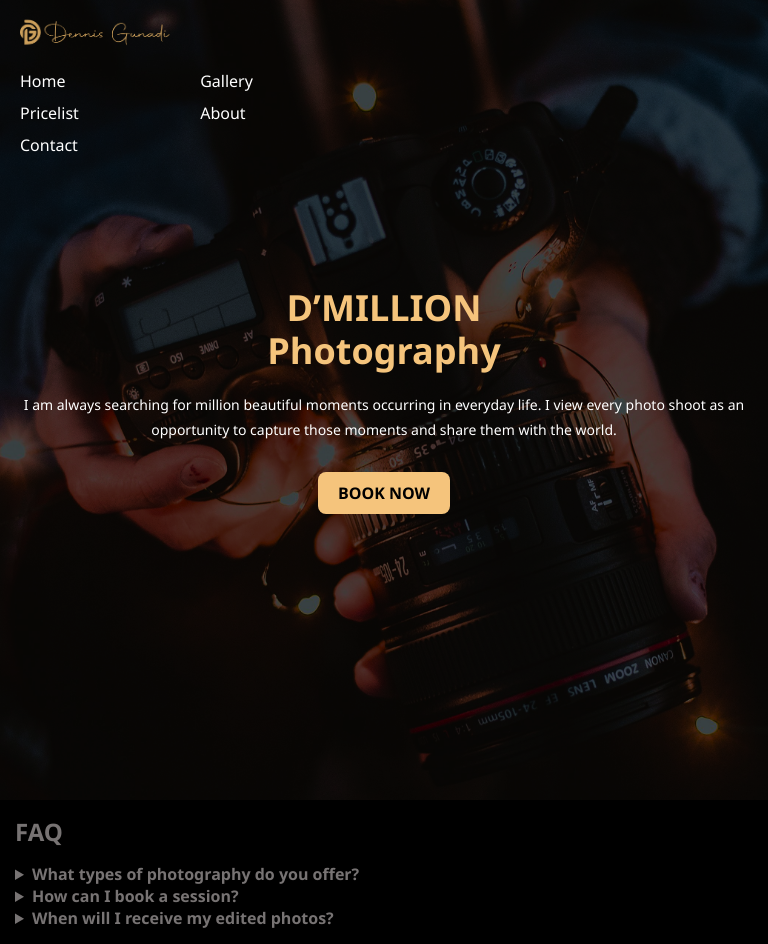
Repository: Diegoms0595/Diego-Final-project2
Page: index.html
An editor plug-in stored every save of this project. The page is shown before and after the next save, followed by the edit.
The browser window is 768 px wide. The pictures show the whole page.

Above is the page before, as saved 2025-06-03 16:15:50.

### index.html
<!DOCTYPE html>
<html lang="en">
<head>
  <meta charset="UTF-8" />
  <meta name="viewport" content="width=device-width, initial-scale=1.0" />
  <title>DMSFP2</title>
  <link rel="stylesheet" href="main.css" />
</head>
<body>
  <header>
    <div class="logo">
      <a href="#">
        <img src="./Assets/Logo.png" alt="logohead">
      </a>
    </div>
    <nav>
      <ul class="nav-links">
        <li><a href="#">Home</a></li>
        <li><a href="#">Gallery</a></li>
        <li><a href="./pricelist.html">Pricelist</a></li>
        <li><a href="#">About</a></li>
        <li><a href="./Form.html">Contact</a></li>
      </ul>
    </nav>
  </header>

  <section class="hero">
    <div class="hero-text">
      <h1><span>D’MILLION</span><br>Photography</h1>
      <p>
        I am always searching for million beautiful moments occurring in everyday life.
        I view every photo shoot as an opportunity to capture those moments and share them with the world.
      </p>
      <a href="#" class="book-now">BOOK NOW</a>
    </div>

  </section>
  <footer>
   <div class="FAQ">
    <h3>FAQ</h3>

    <details>
      <summary>What types of photography do you offer?</summary>
      <p>I specialize in portrait, event, and lifestyle photography. Whether it's a wedding, family shoot, or personal branding session — I’ve got you covered.</p>
    </details>

    <details>
      <summary>How can I book a session?</summary>
      <p>You can use the contact form on the website or email me directly. We'll discuss your needs, availability, and location before confirming a date.</p>
    </details>

    <details>
      <summary>When will I receive my edited photos?</summary>
      <p>Turnaround time is typically 7–10 business days. I’ll send you a link to a private gallery where you can download the high-resolution images.</p>
    </details>


   </footer>

</body>
</html>

### main.css

* {
  margin: 0;
  padding: 0;
  box-sizing: border-box;
}

body {
  font-family: 'Segoe UI', Tahoma, Geneva, Verdana, sans-serif;
  color: white;
  background-color: black;
}

/*  HEADER */
header {
  display: flex;
  justify-content: space-between;
  align-items: center;
  padding: 20px 50px;
  position: absolute;
  top: 0;
  width: 100%;
  z-index: 10;
}

.logo img {
  height: 40px;
}

/*  NAVIGATION */
.nav-links {
  list-style: none;
  display: flex;
  gap: 30px;
}

.nav-links li a {
  color: #fff;
  text-decoration: none;
  font-size: 16px;
  transition: color 0.3s ease;
}

.nav-links li a:hover {
  color: #f5c47c;
}


.hero {
  height: 100vh;
  background-image: url('./Assets/image\ 2.png');
  background-size: cover;
  background-position: center;
  display: flex;
  align-items: center;
  padding-left: 100px;
  position: relative;
}

.hero::before {
  content: '';
  position: absolute;
  top: 0;
  left: 0;
  width: 100%;
  height: 100%;
  background: rgba(0, 0, 0, 0.6);
  z-index: 1;
}

.hero-text {
  position: relative;
  z-index: 2;
  max-width: 600px;
  animation: fadeIn 2s ease-out forwards;
}

.hero-text h1 {
  font-size: 60px;
  color: #f5c47c;
  font-weight: bold;
  margin-bottom: 20px;
  line-height: 1.2;
  transition: transform 0.3s ease;
}

.hero-text h1:hover {
  transform: scale(1.05);
}

.hero-text p {
  font-size: 16px;
  line-height: 1.8;
  margin-bottom: 30px;
  color: #fff;
  animation: slideUp 2.5s ease forwards;
}


.book-now {
  display: inline-block;
  background-color: #f5c47c;
  color: black;
  padding: 12px 25px;
  border-radius: 8px;
  text-decoration: none;
  font-weight: bold;
  transition: background-color 0.3s ease, transform 0.3s ease;
}

.book-now:hover {
  background-color: #e2a14d;
  transform: scale(1.05);
}

@keyframes fadeIn {
  0% { opacity: 0; transform: translateY(-20px); }
  100% { opacity: 1; transform: translateY(0); }
}

@keyframes slideUp {
  0% { opacity: 0; transform: translateY(40px); }
  100% { opacity: 1; transform: translateY(0); }
}


/* 768px */
@media (max-width: 768px) {
  header {
    flex-direction: column;
    align-items: flex-start;
    padding: 15px 20px;
    gap: 10px;
  }

  .nav-links {
    flex-wrap: wrap;
    display: flex;
    gap: 10px 20px;
    width: 100%;
  }

  .nav-links li {
    flex: 1 1 45%;
  }

  .nav-links li a {
    font-size: 16px;
    display: block;
    width: 100%;
  }

  .hero {
    padding: 20px;
    justify-content: center;
    text-align: center;
  }

  .hero-text {
    max-width: 100%;
  }

  .hero-text h1 {
    font-size: 36px;
  }

  .hero-text p {
    font-size: 14px;
  }

  .book-now {
    font-size: 16px;
    padding: 10px 20px;
  }
}
footer .FAQ {
  max-width: 600px;
  padding: 15px;
  border-radius: 10px;
  align-items: start;
  text-align: left;
}

footer .FAQ h3 {
  text-align: left;
  margin-bottom: 15px;
  font-size: 1.5rem;
  color: #777373;
}


footer summary {
  font-weight: bold;
  cursor: pointer;
  color: #777373;
}

footer summary::after {
  float: left;
 color: #777373;
}

After the next save:
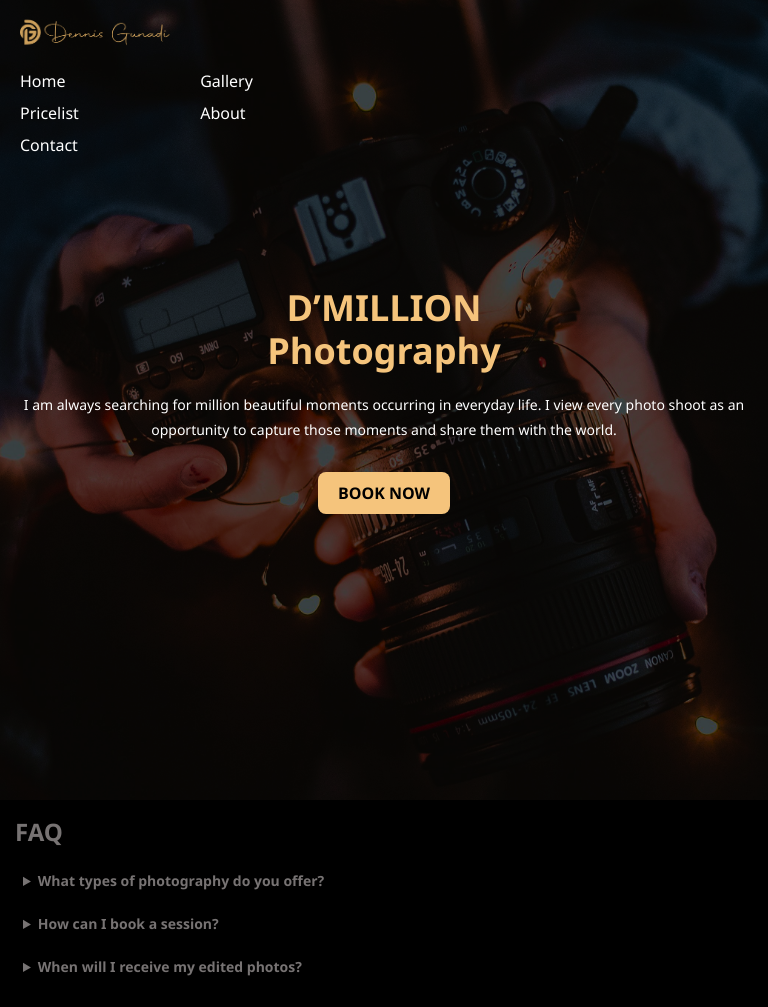
Saved 3 min 15 s later.
--- a/main.css
+++ b/main.css
@@ -172,6 +172,31 @@
     font-size: 16px;
     padding: 10px 20px;
   }
+   footer .FAQ {
+    max-width: 100%;
+    padding: 10px;
+    font-size: 14px;
+  }
+
+  footer .FAQ h3,
+  footer .FAQ h2 {
+    font-size: 1.2rem;
+    margin-bottom: 10px;
+  }
+
+  footer details {
+    padding: 8px;
+    margin-bottom: 8px;
+  }
+
+  footer summary {
+    font-size: 14px;
+  }
+
+  footer details p {
+    font-size: 13px;
+    line-height: 1.4;
+  }
 }
 footer .FAQ {
   max-width: 600px;
